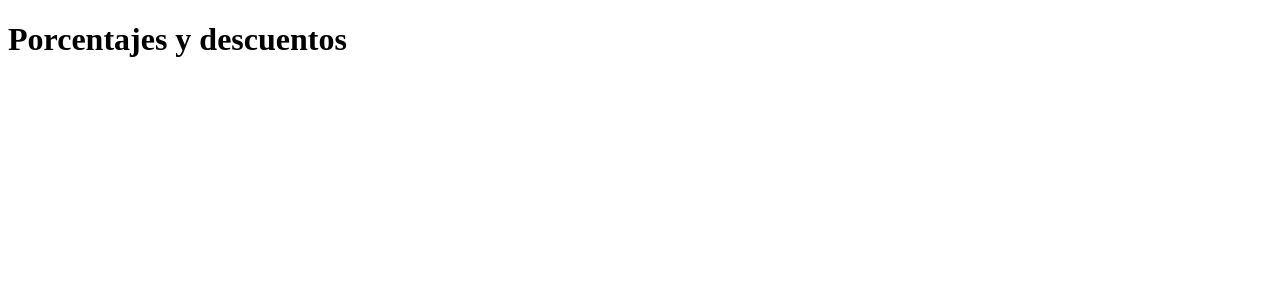
Repository: orlando-1234/curso-practico-javascript
Page: descuentos.html
These files come from the project's save history. The page is drawn as it stood at one moment and after the next save; the edit follows.
The browser window is 1280 px wide. The pictures show the whole page.

Above is the page before, as saved 2021-09-17 15:55:23.

### descuentos.html
<!DOCTYPE html>
<html lang="en">
<head>
    <meta charset="UTF-8">
    <meta http-equiv="X-UA-Compatible" content="IE=edge">
    <meta name="viewport" content="width=device-width, initial-scale=1.0">
    <title>Porcentajes y descuentos</title>
</head>
<body>
    <h1>Porcentajes y descuentos</h1>

    <script src="./descuentos.js"></script>
</body>
</html>

### descuentos.js
// const precioOriginal = 120;
// const descuento = 18;


function calcularPrecioConDescuento(precio, descuento) {
    const porcentajePrecioConDescuento = 100 - descuento;
    const precioConDescuento = (precio * porcentajePrecioConDescuento) / 100;

    return precioConDescuento;
}


// console.log({
//    precioOriginal,
//    descuento,
//    porcentajePrecioConDescuento,
//    precioConDescuento,
// });

After the next save:
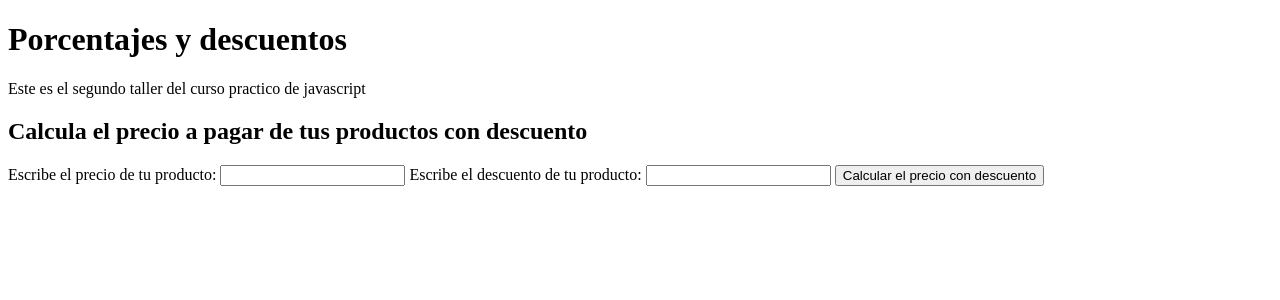
Saved 21 h 32 min later.
--- a/descuentos.html
+++ b/descuentos.html
@@ -7,7 +7,28 @@
     <title>Porcentajes y descuentos</title>
 </head>
 <body>
-    <h1>Porcentajes y descuentos</h1>
+
+    <header>
+        <h1>Porcentajes y descuentos</h1>
+
+        <p>Este es el segundo taller del curso practico de javascript</p>
+    </header>
+
+    <section>
+        <h2>Calcula el precio a pagar de tus productos con descuento</h2>
+
+        <form>
+            <label for="InputPrice">Escribe el precio de tu producto:</label>
+            <input id="InputPrice">
+
+            <label for="InputDiscount">Escribe el descuento de tu producto:</label>
+            <input id="InputDiscount">
+
+            <button type="button">
+                Calcular el precio con descuento
+            </button>
+        </form>
+    </section>
 
     <script src="./descuentos.js"></script>
 </body>
